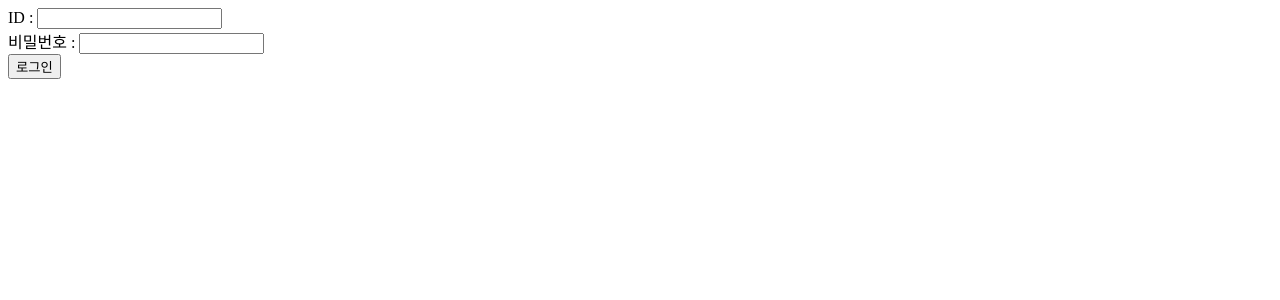
Repository: daelong/ServletJsp
Page: http://localhost/edu/logInOut.jsp
The author's editor kept a copy of each file at every save. The page is drawn from the files as they stood at one save, then again after the next save.
The browser window is 1280 px wide. The pictures show the whole page.
The page is served by Tomcat 9. Other server files are loaded and not shown.

Above is the page before, as saved 2019-03-07 11:18:33.

### edu/WebContent/logInOut.jsp
<%@ page contentType="text/html; charset=UTF-8"%>
<html>
<head>
<title>Input</title>
</head>
<body>
	<%
		String msg = (String)request.getAttribute("error"); //이 실행문은 HttpServletRequest객체에 "error"란 이름으로 등록된 값을 추출하여 반환한다. 이때 반환된 값의 타입이 Object이므로 원래 등록했던 타입인 String타입으로 변경한다
		if(msg == null) msg = ""; //처음 logInOut.jsp를 실행했을때 error가 뜨지 않게 하기위해 설정하는 것
	%>
	<%= msg %> <%--msg출력 --%>
	<form action = "example10.jsp" method = "post">
		ID : <input type = "text" name= "id"><br>
		비밀번호 : <input type = "password" name = "pwd"><br>
		<input type = "submit" value = "로그인">
	</form>
</body>
</html>

After the next save:
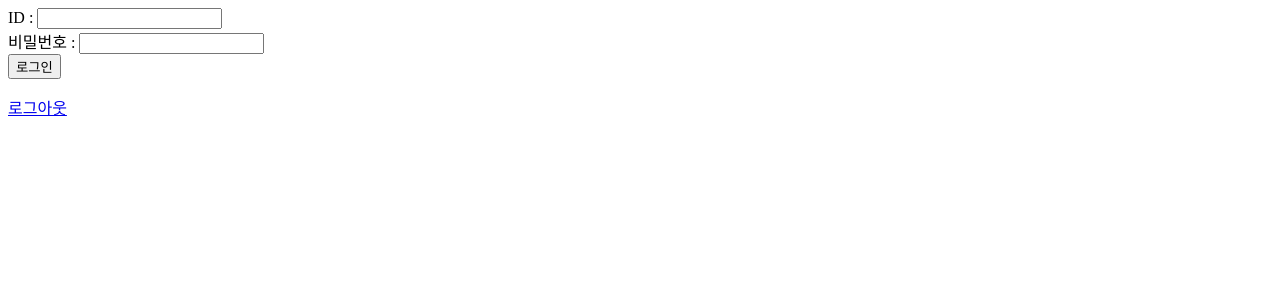
Saved 2 min 43 s later.
--- a/edu/WebContent/logInOut.jsp
+++ b/edu/WebContent/logInOut.jsp
@@ -14,5 +14,6 @@
 		비밀번호 : <input type = "password" name = "pwd"><br>
 		<input type = "submit" value = "로그인">
 	</form>
+	<a href = "example10.jsp">로그아웃</a>
 </body>
 </html>
